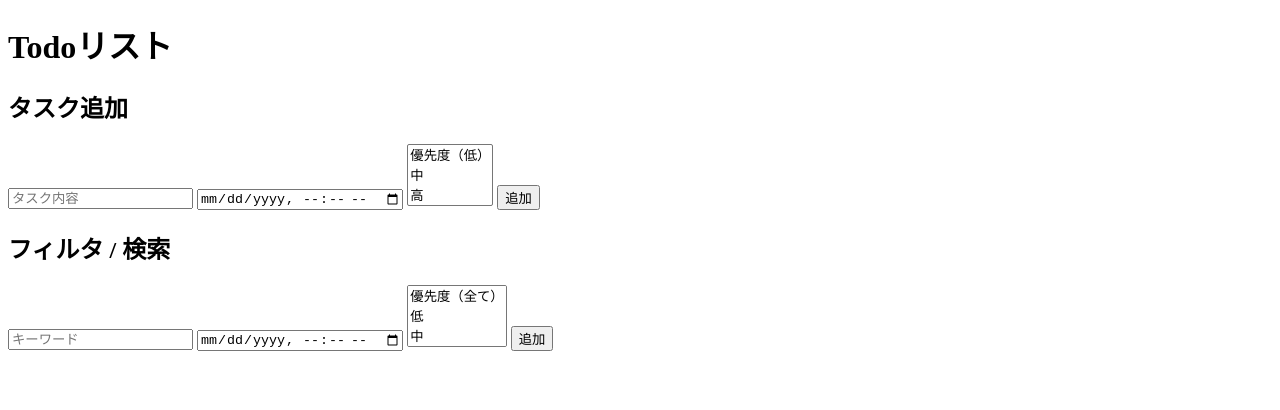
Repository: 1117wata/todo_enhanced
Page: http://localhost/
An editor plug-in stored every save of this project. The page is shown before and after the next save, followed by the edit.
The browser window is 1280 px wide. The pictures show the whole page.
The page is run by PHP 8.4 with error messages shown; the project is at /var/www/html/.

Above is the page before, as saved 2025-06-19 10:33:14.

After the next save:
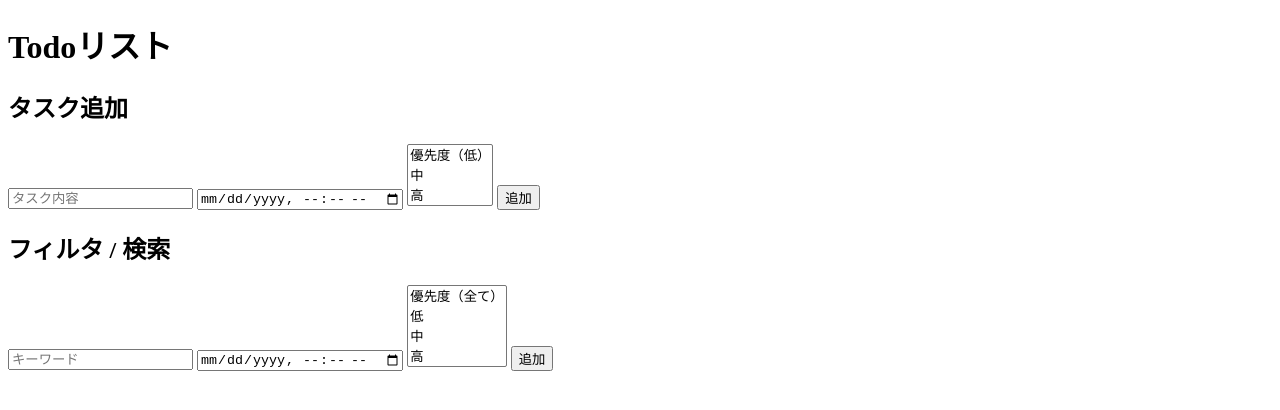
Saved 7 s later.
--- a/index.php
+++ b/index.php
@@ -22,7 +22,7 @@
         <h2>フィルタ / 検索</h2> <!-- フィルタ/検索 -->
             <input type="text" name="task" placeholder="キーワード">
             <input type="datetime-local" name="duedate">
-            <select name="priority" size="3">
+            <select name="priority" size="4">
                 <option value="all">優先度（全て）</option>
                 <option value="low">低</option>
                 <option value="medium">中</option>
